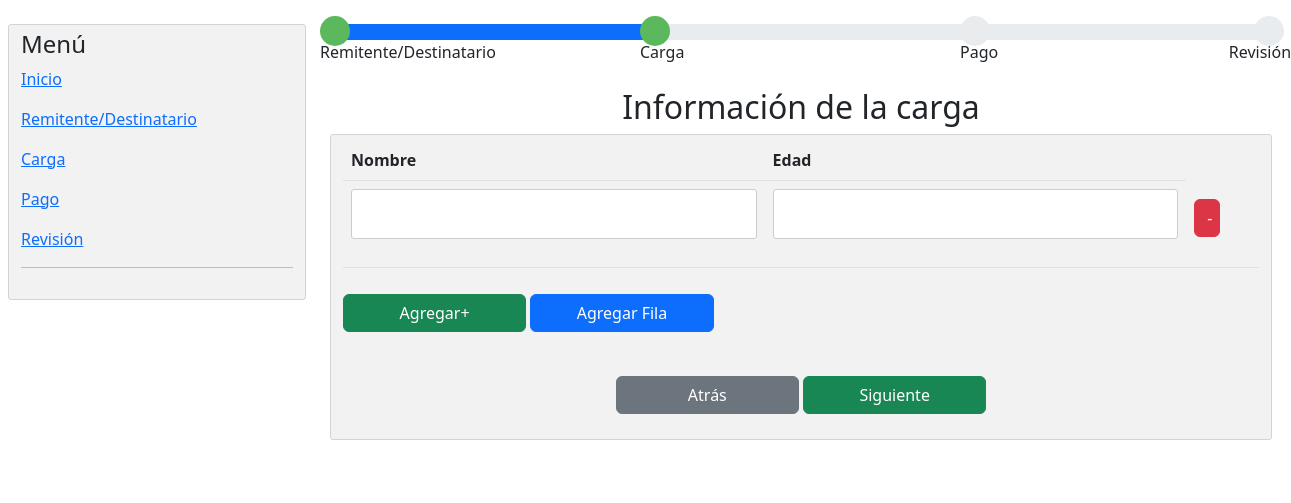
Repository: SennovaFluvial/Trasnfluvial
Page: appFluvial/templates/card1carga.html
The author's editor kept a copy of each file at every save. The page is drawn from the files as they stood at one save, then again after the next save.
The browser window is 1280 px wide. The page is 1291 px wide, so the pictures cover 1291 px, including what lies to the right of the window. The pictures show the whole page.
The template is drawn by Django 3.2. The application's start-up code is not run. The template is opened directly, without the code that normally fills it, so the values that code supplies are empty.

Above is the page before, as saved 2023-10-19 23:28:00.

After the next save:
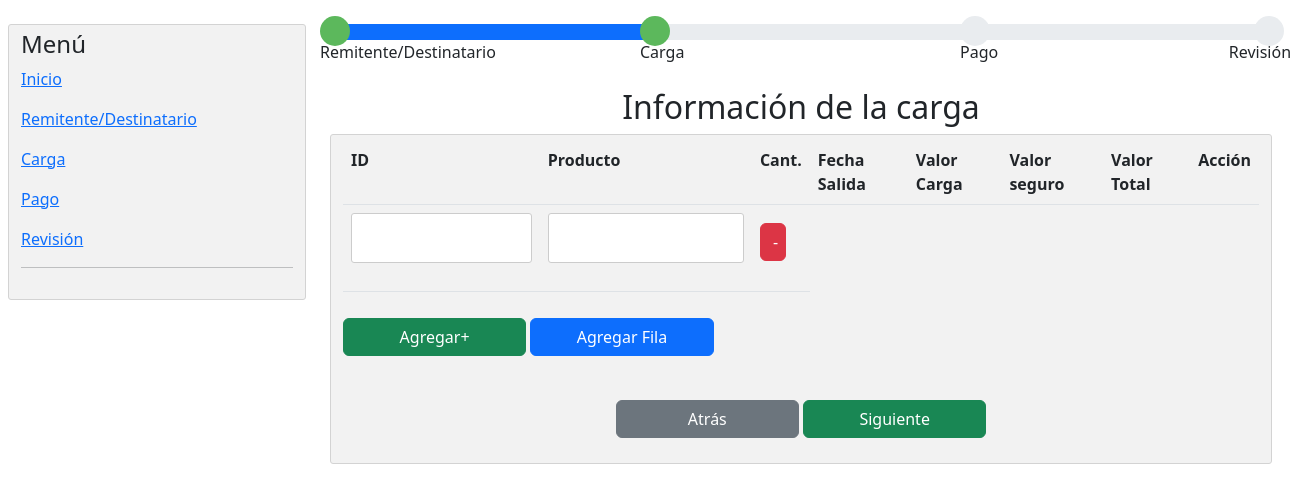
Saved 2 min 18 s later.
--- a/appFluvial/templates/card1carga.html
+++ b/appFluvial/templates/card1carga.html
@@ -231,8 +231,14 @@ span.price {
           <div class="col-50">
             <table class="table">
               <tr>
-                <th>Nombre</th>
-                <th>Edad</th>
+                <th>ID</th>
+                <th>Producto</th>
+                <th>Cant.</th>
+                <th>Fecha Salida</th>
+                <th>Valor Carga</th>
+                <th>Valor seguro</th>
+                <th>Valor Total</th>
+                <th>Acción</th>
               </tr>
               <tr>
                 <td><input type="text" name="name"></td>
